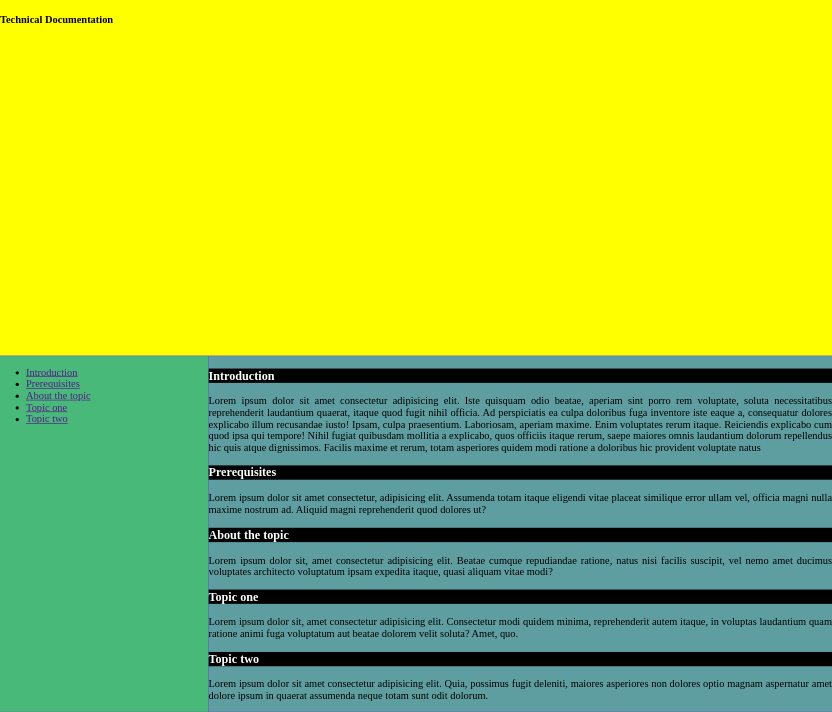
Repository: JoaoLemesDEV/Excercise-Tech-Documentation-Page
Page: index.html
The author's editor kept a copy of each file at every save. The page is drawn from the files as they stood at one save, then again after the next save.
The browser window is 1280 px wide. The pictures show the whole page, at 65% of full size.

Above is the page before, as saved 2021-10-03 22:09:16.

### index.html
<!DOCTYPE html>
<html lang="en">
  <head>
    <meta charset="UTF-8" />
    <meta http-equiv="X-UA-Compatible" content="IE=edge" />
    <meta name="viewport" content="width=device-width, initial-scale=1.0" />
    <title>Technical Documentaion</title>
    <link rel="stylesheet" href="index.css" />
  </head>
  <body>
    <div class="wrapper">
      <header><h4>Technical Documentation</h4></header>
      <aside>
        <nav>
          <ul>
            <li><a href="">Introduction</a></li>
            <li><a href="">Prerequisites</a></li>
            <li><a href="">About the topic</a></li>
            <li><a href="">Topic one</a></li>
            <li><a href="">Topic two</a></li>
          </ul>
        </nav>
      </aside>
      <main>
        <section id="introduction">
          <h3 style="background: black; color: white">Introduction</h3>
          <p>
            Lorem ipsum dolor sit amet consectetur adipisicing elit. Iste
            quisquam odio beatae, aperiam sint porro rem voluptate, soluta
            necessitatibus reprehenderit laudantium quaerat, itaque quod fugit
            nihil officia. Ad perspiciatis ea culpa doloribus fuga inventore
            iste eaque a, consequatur dolores explicabo illum recusandae iusto!
            Ipsam, culpa praesentium. Laboriosam, aperiam maxime. Enim
            voluptates rerum itaque. Reiciendis explicabo cum quod ipsa qui
            tempore! Nihil fugiat quibusdam mollitia a explicabo, quos officiis
            itaque rerum, saepe maiores omnis laudantium dolorum repellendus hic
            quis atque dignissimos. Facilis maxime et rerum, totam asperiores
            quidem modi ratione a doloribus hic provident voluptate natus
          </p>
        </section>
        <section id="Prerequisites">
          <h3 style="background: black; color: white">Prerequisites</h3>
          <p>
            Lorem ipsum dolor sit amet consectetur, adipisicing elit. Assumenda
            totam itaque eligendi vitae placeat similique error ullam vel,
            officia magni nulla maxime nostrum ad. Aliquid magni reprehenderit
            quod dolores ut?
          </p>
        </section>
        <section id="about the topic">
          <h3 style="background: black; color: white">About the topic</h3>
          <p>
            Lorem ipsum dolor sit, amet consectetur adipisicing elit. Beatae
            cumque repudiandae ratione, natus nisi facilis suscipit, vel nemo
            amet ducimus voluptates architecto voluptatum ipsam expedita itaque,
            quasi aliquam vitae modi?
          </p>
        </section>
        <section id="topic one">
          <h3 style="background: black; color: white">Topic one</h3>
          <p>
            Lorem ipsum dolor sit, amet consectetur adipisicing elit.
            Consectetur modi quidem minima, reprehenderit autem itaque, in
            voluptas laudantium quam ratione animi fuga voluptatum aut beatae
            dolorem velit soluta? Amet, quo.
          </p>
        </section>
        <section id="topic two">
          <h3 style="background: black; color: white">Topic two</h3>
          <p>
            Lorem ipsum dolor sit amet consectetur adipisicing elit. Quia,
            possimus fugit deleniti, maiores asperiores non dolores optio magnam
            aspernatur amet dolore ipsum in quaerat assumenda neque totam sunt
            odit dolorum.
          </p>
        </section>
      </main>
      <footer></footer>
    </div>
  </body>
</html>

### index.css
html body {
  margin: 0;
  padding: 0;
  box-sizing: border-box;
  background-color: slateblue;
}
.wrapper {
  display: grid;
  grid-template-columns: 1fr 3fr;
  grid-template-rows: 1fr 1fr ; //20vh 70vh 10vh;
  grid-gap: 1px 1px;
  grid-template-areas: "h h" "a m" "f f";
}

header {
  background-color: yellow;
  grid-area: h;
}

aside {
  background-color: rgb(73, 185, 122);
  grid-area:a;
}

main {
  background-color: cadetblue;
  text-align: justify;
  grid-area: m;
}

footer {
  background-color: red;
  grid-area: f;
}

After the next save:
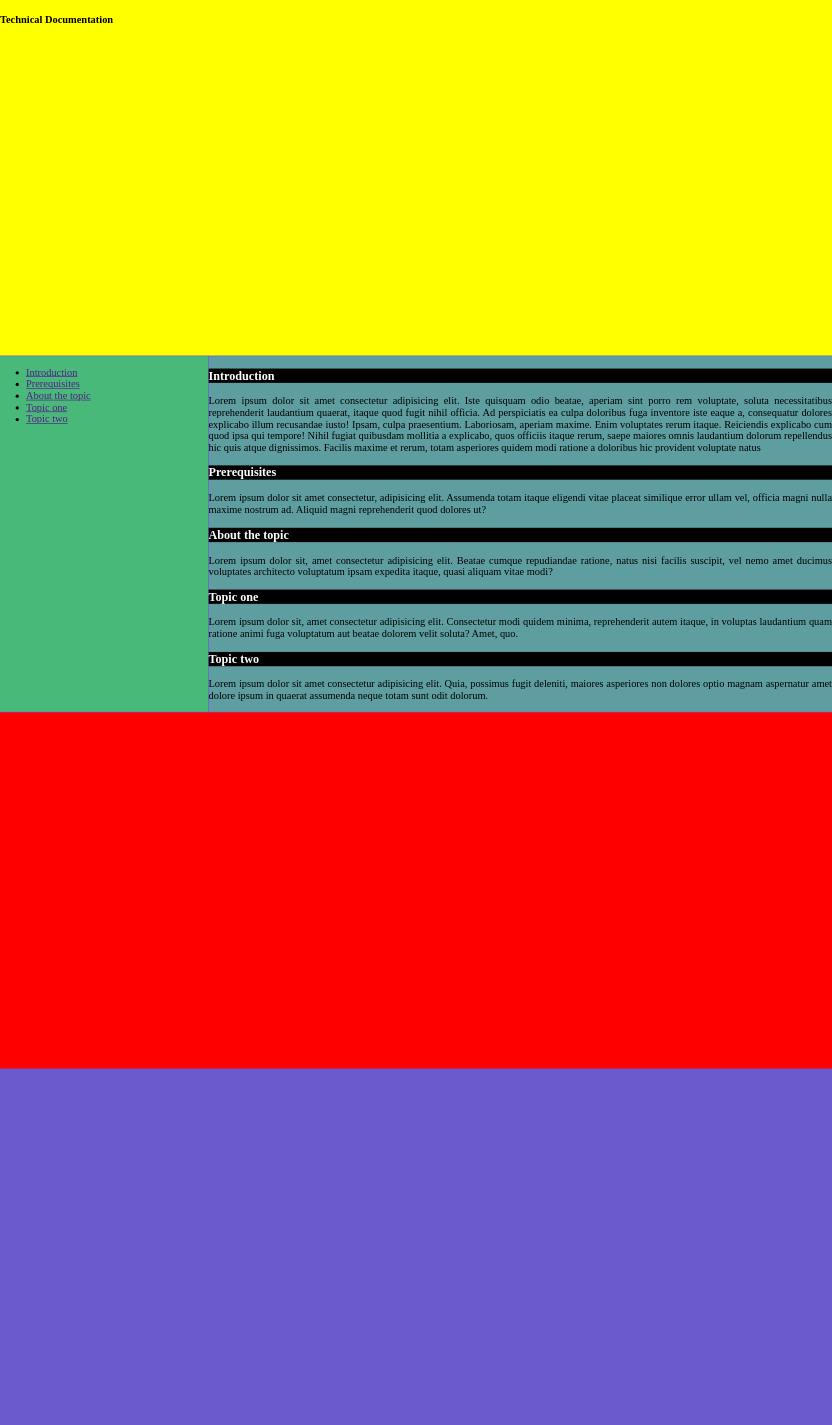
Saved 4 s later.
--- a/index.css
+++ b/index.css
@@ -7,7 +7,7 @@ html body {
 .wrapper {
   display: grid;
   grid-template-columns: 1fr 3fr;
-  grid-template-rows: 1fr 1fr ; //20vh 70vh 10vh;
+  grid-template-rows: 1fr 1fr 1fr 1fr; //20vh 70vh 10vh;
   grid-gap: 1px 1px;
   grid-template-areas: "h h" "a m" "f f";
 }
